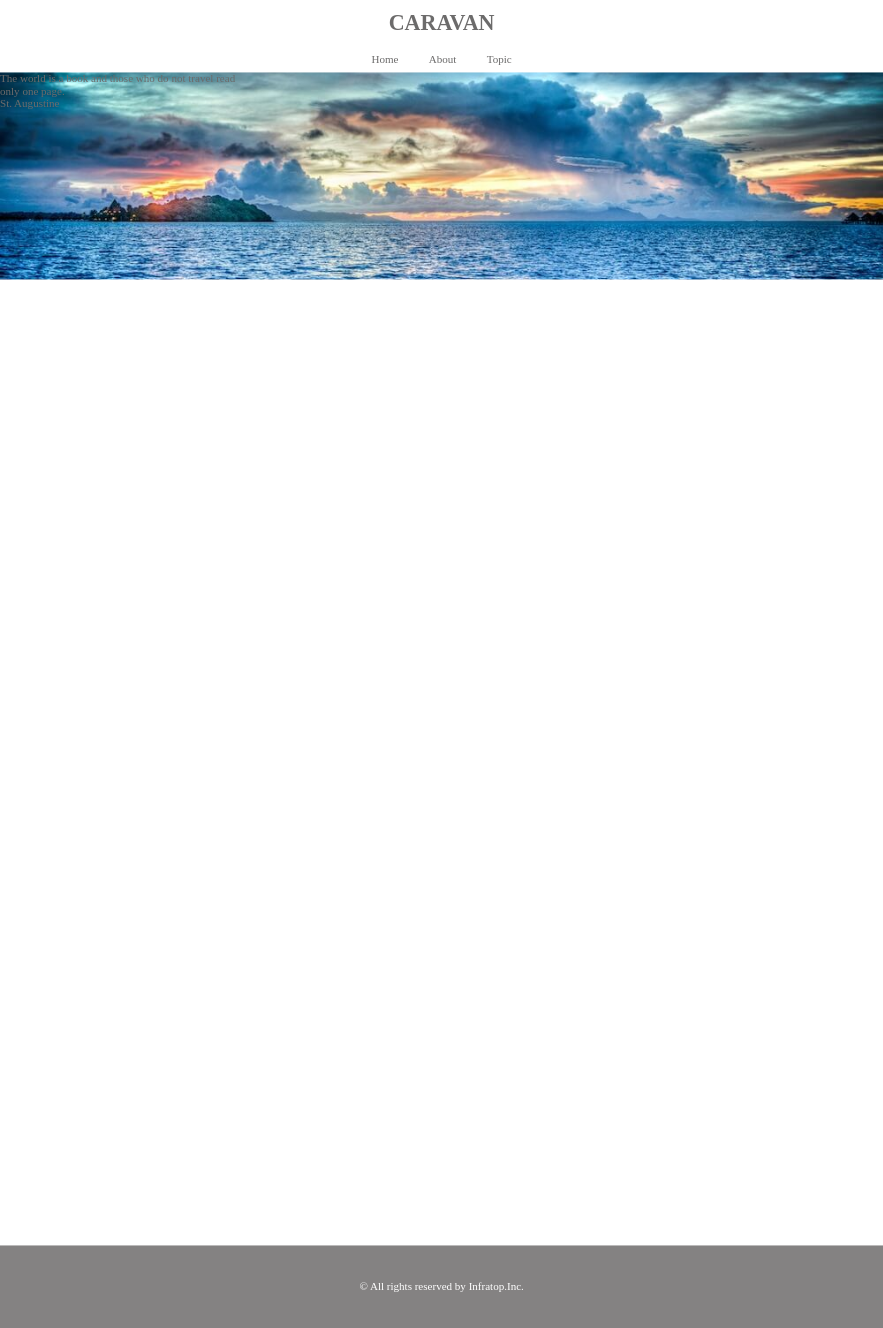
Repository: kowatann/sample_app
Page: caravan/index.html
The author's editor kept a record of every edit. The page is drawn from the files as they stood at one moment, then again after the next edit.
The browser window is 1280 px wide. The pictures show the whole page, at 69% of full size.

Above is the page before.

After the next edit:
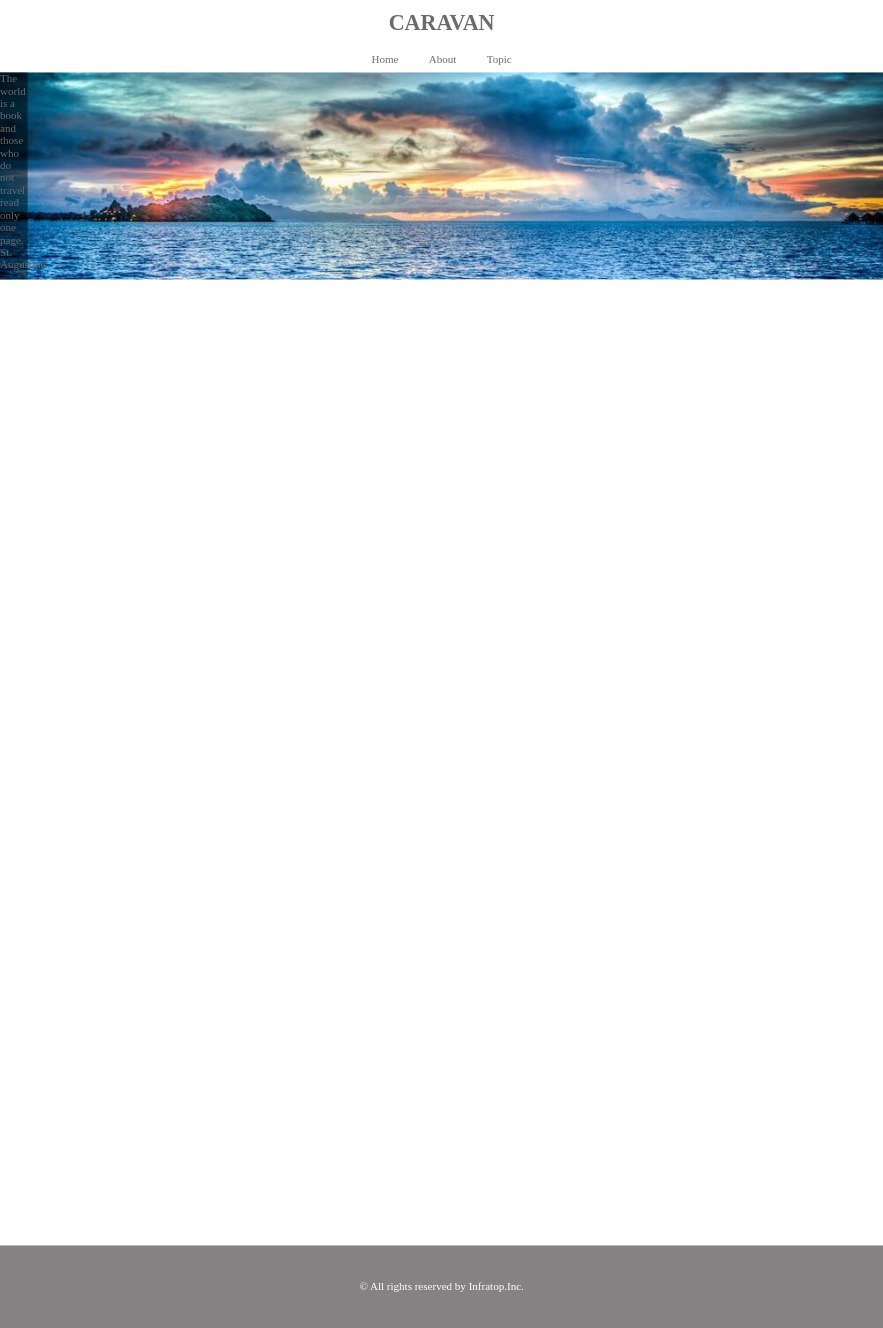
The edit:
--- a/caravan/style.css
+++ b/caravan/style.css
@@ -42,8 +42,9 @@
 }
 
 .main-visual-content {
-  width: 350px;
+  width: 40px;
   height: 300px;
+  background-color: rgba( 0, 0, 0, 0.5);
 }
 
 .main {
